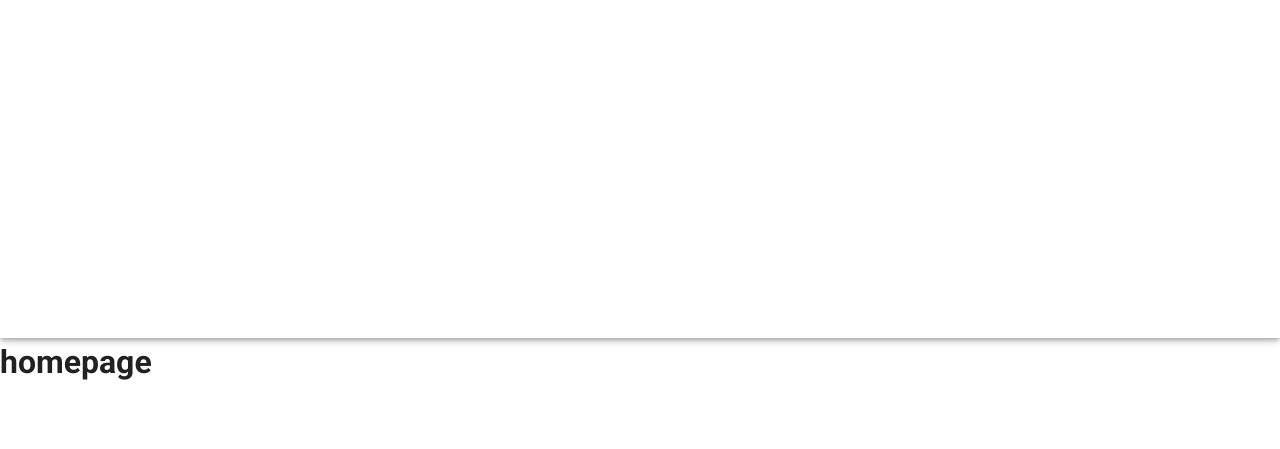
Repository: Morne-Dev/todo-ninjas
Page: /
The author's editor kept a copy of each file at every save. The page is drawn from the files as they stood at one save, then again after the next save.
The browser window is 1280 px wide. The pictures show the whole page.
The project was rebuilt for these pictures with package versions that can differ from the ones it lists, and the page was loaded fresh each time. Also part of the build but not shown: vue.config.js.

Above is the page before, as saved 2023-11-22 08:10:04.

After the next save:
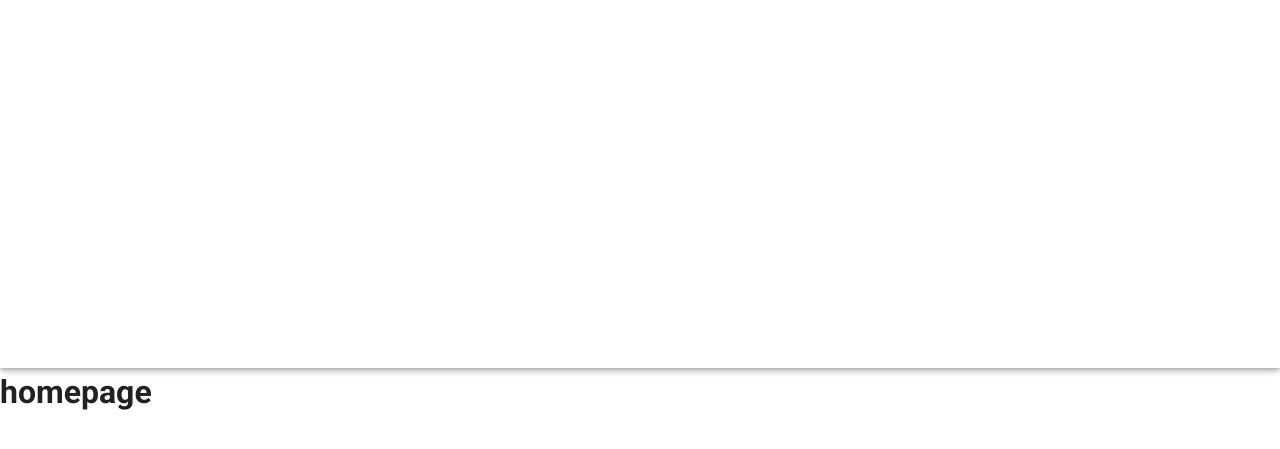
Saved 53 s later.
--- a/src/components/Navbar.vue
+++ b/src/components/Navbar.vue
@@ -1,5 +1,5 @@
 <template>
-    <v-toolbar height="3">
+    <v-toolbar app>
 
     </v-toolbar>
 </template>
